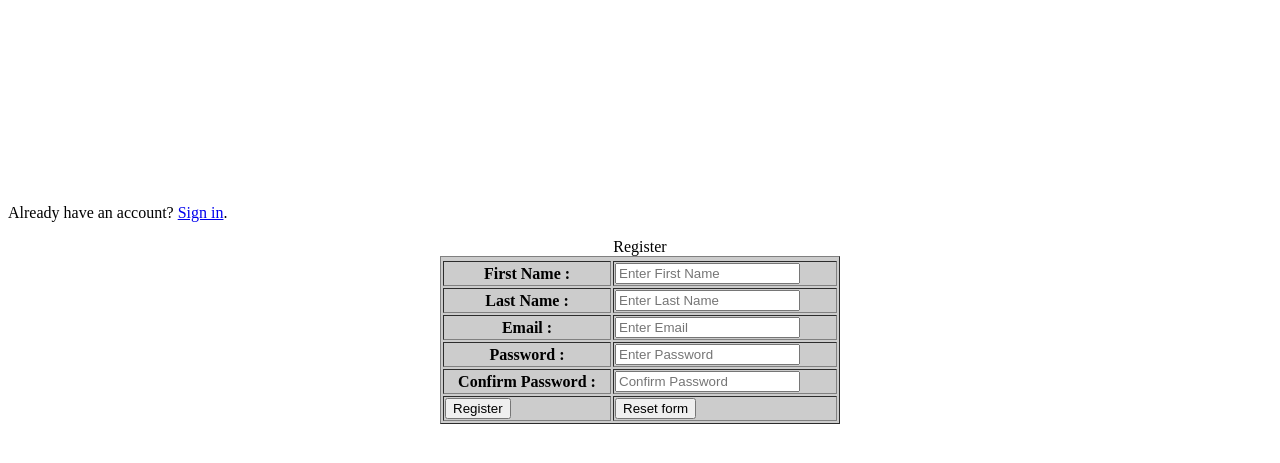
Repository: 1919satya/Mode2
Page: sample/sample/WebContent/sample.html
An editor plug-in stored every save of this project. The page is shown before and after the next save, followed by the edit.
The browser window is 1280 px wide. The pictures show the whole page.

Above is the page before, as saved 2019-10-09 10:15:37.

After the next save:
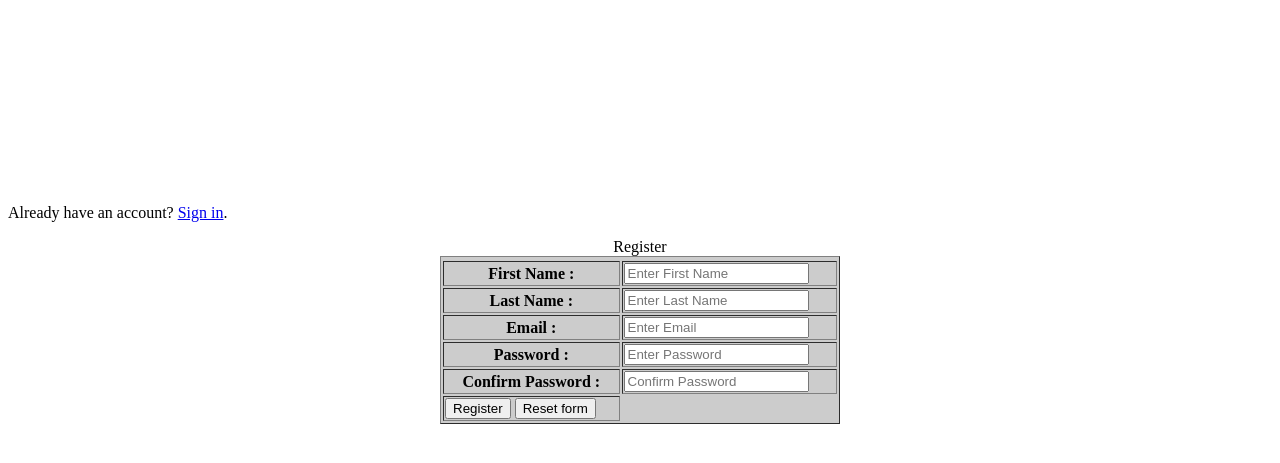
Saved 26 s later.
--- a/sample/sample/WebContent/sample.html
+++ b/sample/sample/WebContent/sample.html
@@ -37,8 +37,8 @@
    </tr>
    <tr>
    <center>
-    <td><button type="submit" class="registerbtn">Register</button></td>
-    <td><button type="reset" >Reset form</button></td>
+    <td><button type="submit" class="registerbtn">Register</button>
+    <button type="reset" >Reset form</button></td>
     </center>
     </tr>
 
